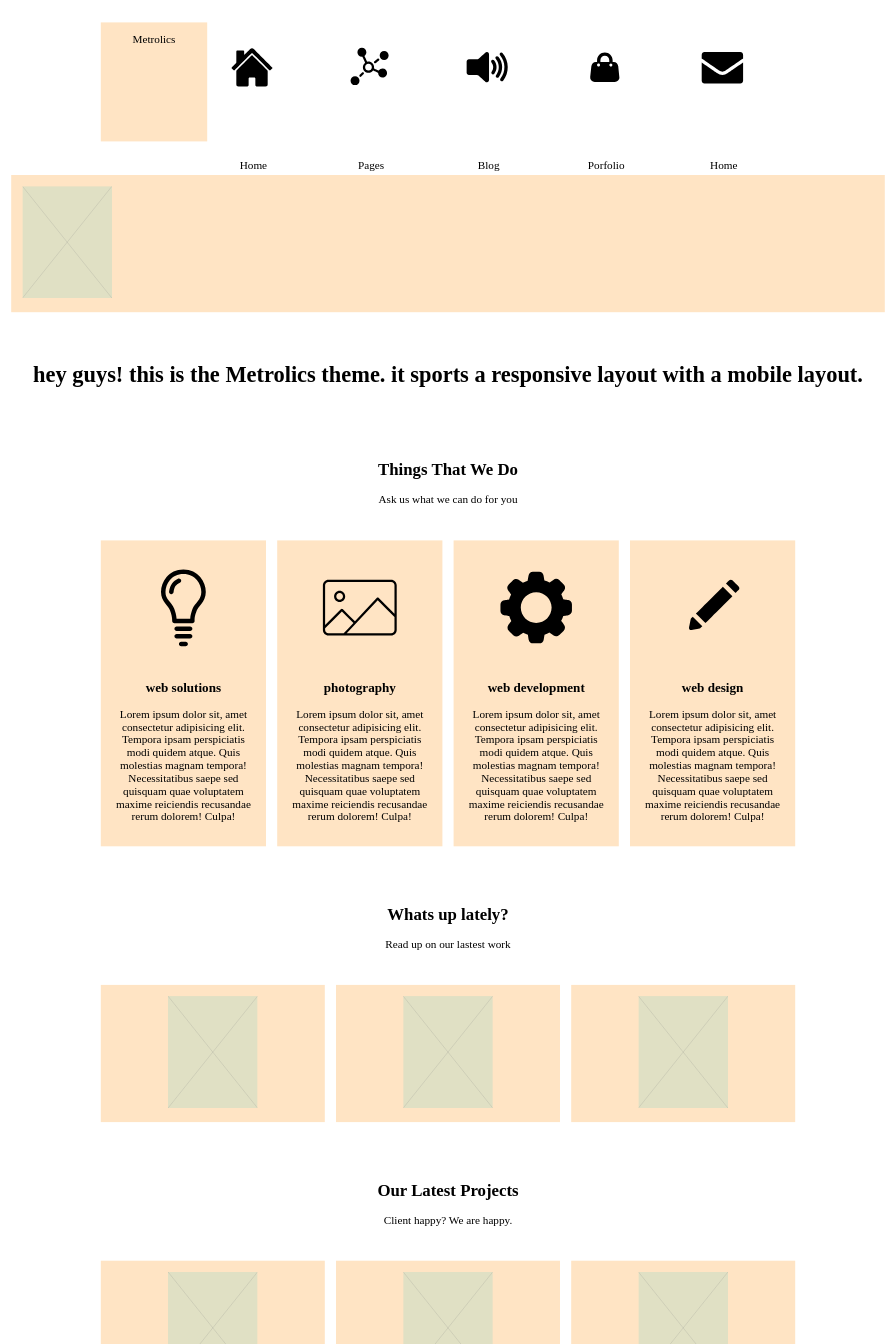
Repository: jjennbui/MDIA2003G-Assignment03B
Page: index.html
An editor plug-in stored every save of this project. The page is shown before and after the next save, followed by the edit.
The browser window is 1280 px wide. The pictures show the part of the page from y = 0 to 1920 px (the page is 2693 px tall before and 2723 px after), at 70% of full size.

Above is the page before, as saved 2023-01-30 22:58:59.

After the next save:
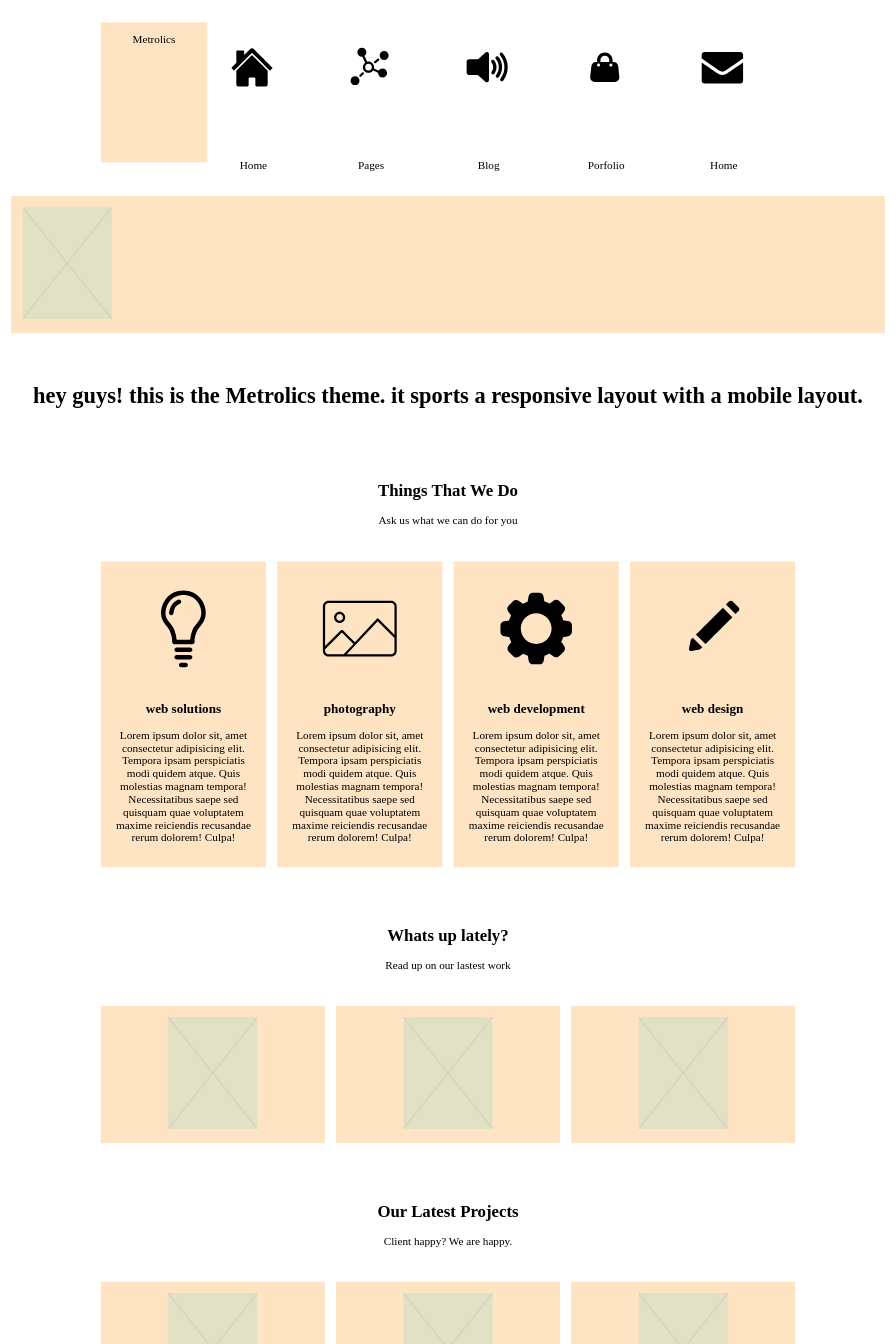
Saved 4 s later.
--- a/css/main.css
+++ b/css/main.css
@@ -29,7 +29,7 @@ header {
 .navicon{
   position: relative;
   max-width: 100px;
-  height: 170px;
+  height: 200px;
 
 }
 
